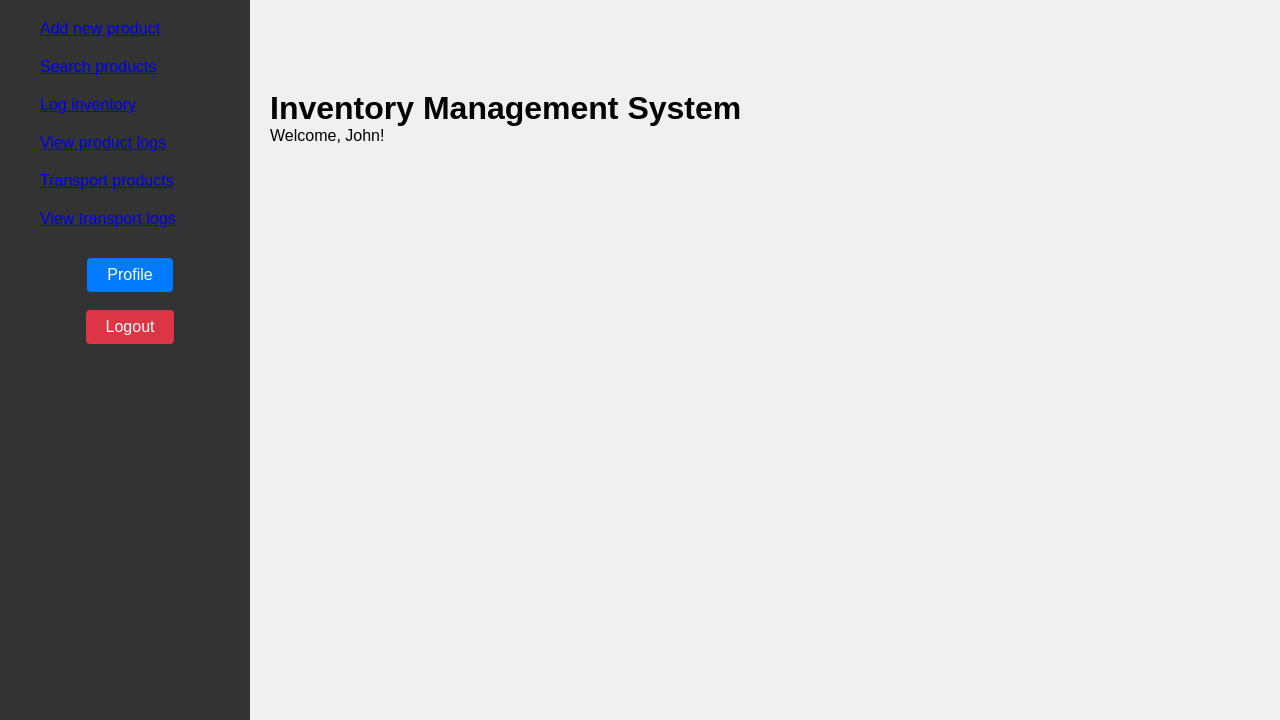
Repository: Warspinix/Flask-Web-Applications
Page: http://localhost/dashboard
These files come from the project's save history. The page is drawn as it stood at one moment and after the next save; the edit follows.
The browser window is 1280 px wide. The pictures show the whole page.
The page is served by the project's application, run on Flask 3 (app.py). The session is filled in as if someone had signed in: {"user_id": 1, "first_name": "John"}.

Above is the page before, as saved 2024-06-13 21:05:03.

After the next save:
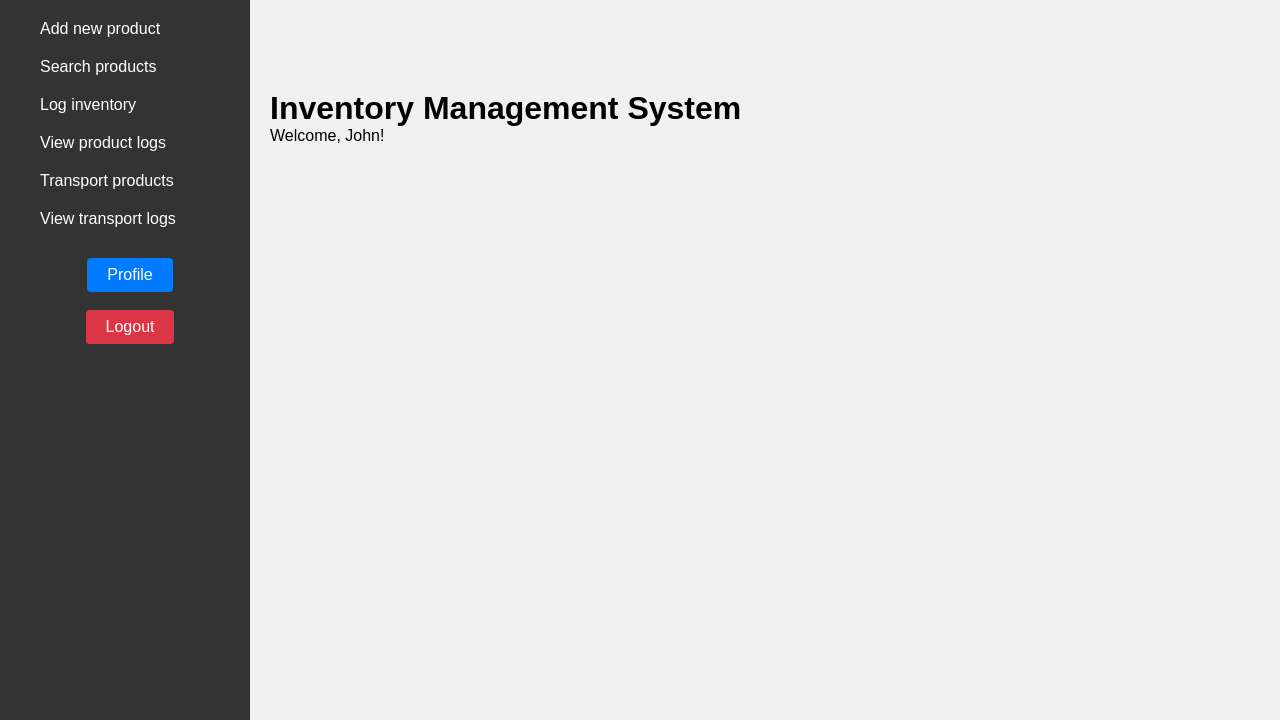
Saved 12 s later.
--- a/static/style.css
+++ b/static/style.css
@@ -58,7 +58,7 @@ body {
     margin-right: 0; /* Remove margin */
 }
 
-.navbar-menu li {
+.navbar-menu li a {
     color: #fff;
     text-decoration: none;
 }
